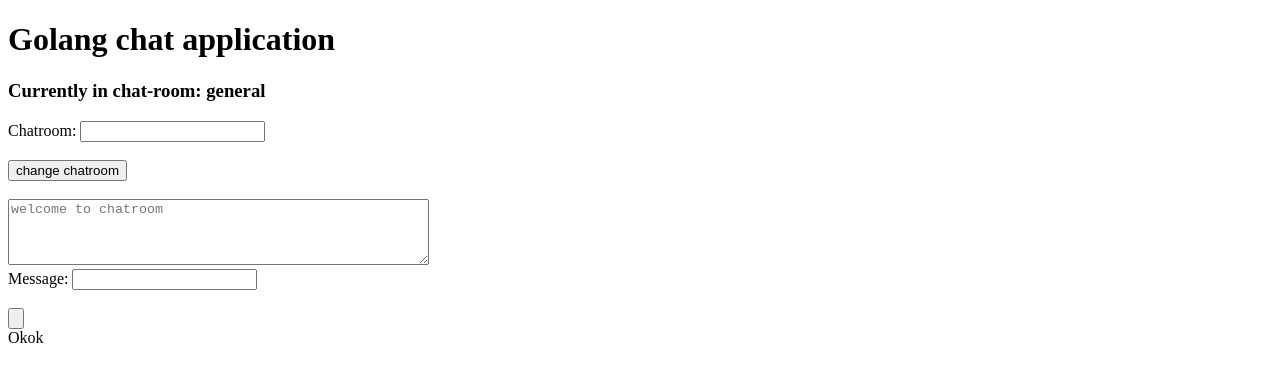
Repository: Lakshyyaa/SimpleWSserver
Page: frontend/index.html
These files come from the project's save history. The page is drawn as it stood at one moment and after the next save; the edit follows.
The browser window is 1280 px wide. The pictures show the whole page.

Above is the page before, as saved 2024-10-30 13:59:50.

### frontend/index.html
<!DOCTYPE html>
<html lang="en">
  <head>
    <meta charset="UTF-8" />
    <meta name="viewport" content="width=device-width, initial-scale=1.0" />
    <title>websockets</title>
  </head>
  <body>
    <div class="center">
      <h1>Golang chat application</h1>
      <h3>Currently in chat-room: general</h3>
      <form action="" id="select-room">
        <label for="chatroom">Chatroom: </label>
        <input type="text" id="chatroom" name="chatroom" />
        <br />
        <br />
        <input type="submit" value="change chatroom" />
      </form>
      <br />
      <textarea
        class="messagearea"
        id="chatmessages"
        readonly
        name="chatmessages"
        rows="4"
        cols="50"
        placeholder="welcome to chatroom"
      ></textarea>
      <br>
      <form id="chatroom-message">
        <label for="message">Message: </label>
        <input type="text" id="message" name="message">
        <br>
        <br>
        <input type="submit" value="">
      </form>
    </div>
    Okok
  </body>
</html>

After the next save:
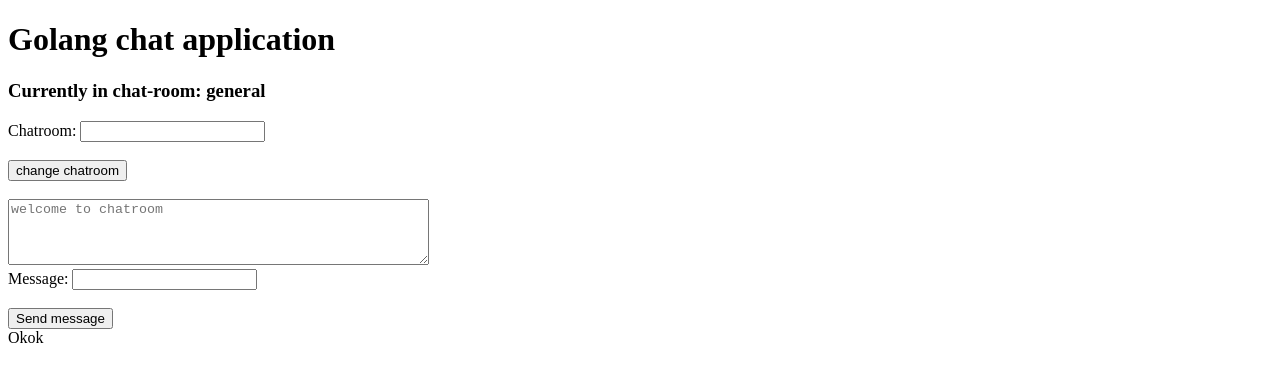
Saved 6 s later.
--- a/frontend/index.html
+++ b/frontend/index.html
@@ -32,7 +32,7 @@
         <input type="text" id="message" name="message">
         <br>
         <br>
-        <input type="submit" value="">
+        <input type="submit" value="Send message">
       </form>
     </div>
     Okok
